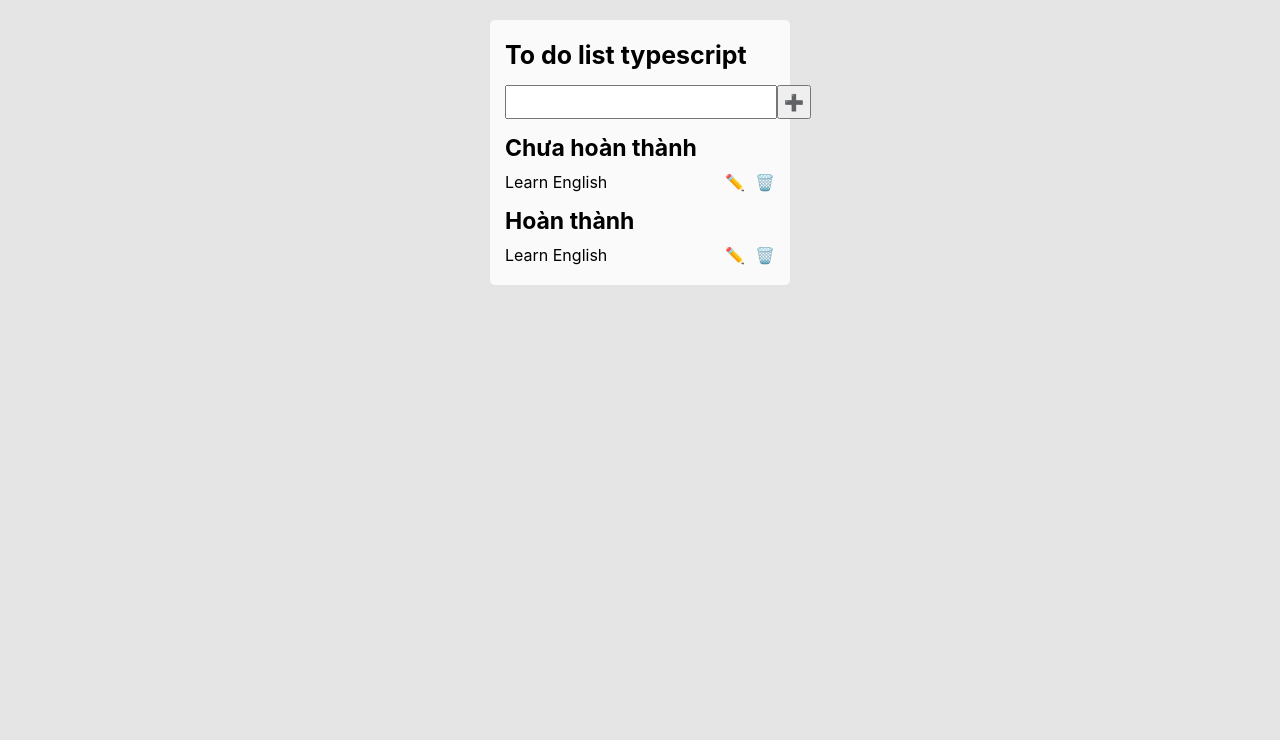
Repository: ChauVanLoc/TodoList-Reactjs
Page: / (app in todo-app/)
The author's editor kept a copy of each file at every save. The page is drawn from the files as they stood at one save, then again after the next save.
The browser window is 1280 px wide. The pictures show the whole page.
The project was rebuilt for these pictures with package versions that can differ from the ones it lists, and the page was loaded fresh each time.

Above is the page before, as saved 2022-12-04 20:30:30.

After the next save:
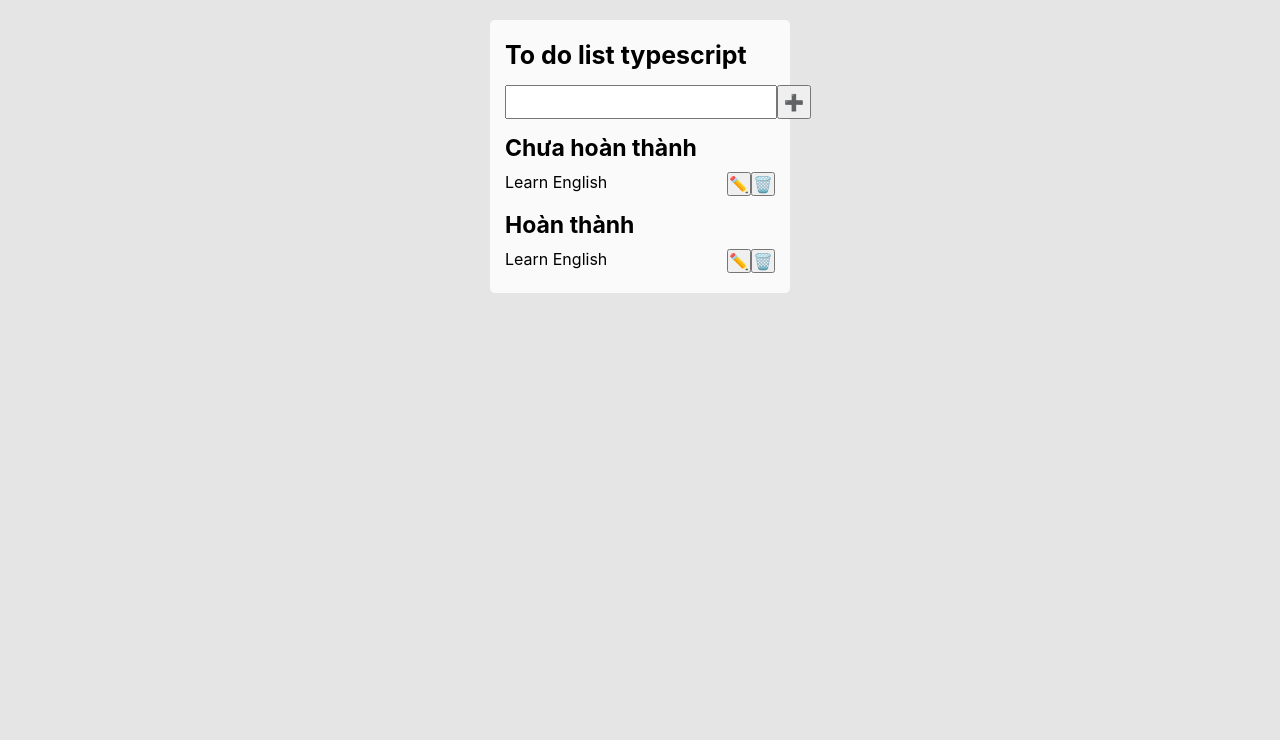
Saved 88 s later.
--- a/todo-app/src/components/TaskList/TaskList.tsx
+++ b/todo-app/src/components/TaskList/TaskList.tsx
@@ -15,8 +15,8 @@ function TaskList({ title }: Props) {
             <span>Learn English</span>
           </div>
           <div className={taskListStyled["toolBox"]}>
-            <span>✏️</span>
-            <span>🗑️</span>
+            <button>✏️</button>
+            <button>🗑️</button>
           </div>
         </div>
       </div>
